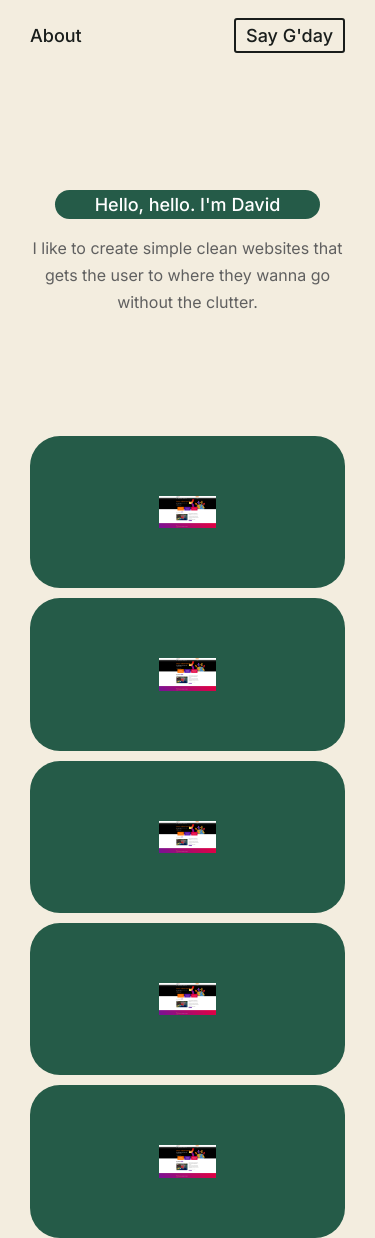
Repository: David-Waite/David-Waite-Portfolio
Page: /
An editor plug-in stored every save of this project. The page is shown before and after the next save, followed by the edit.
The browser window is 375 px wide. The pictures show the whole page.
The project was rebuilt for these pictures with package versions that can differ from the ones it lists, and the page was loaded fresh each time. The framework's server and built-in components were replaced by stand-ins that run in the browser. Also part of the build but not shown: next.config.js.

Above is the page before, as saved 2023-07-26 13:03:03.

After the next save:
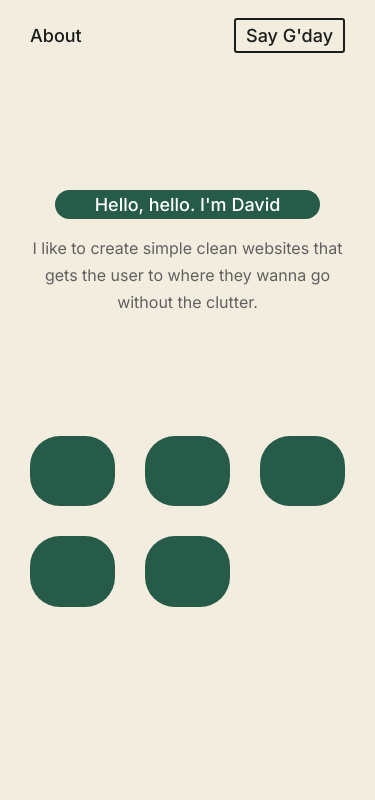
Saved 10 s later.
--- a/app/components/Nav/Home/Projects/projects.module.css
+++ b/app/components/Nav/Home/Projects/projects.module.css
@@ -84,121 +84,3 @@
   font-size: 13px;
   margin: -20px 0 20px;
 }
-.btnContainer {
-  display: flex;
-  flex-direction: column;
-  gap: 5px;
-  margin-top: 10px;
-}
-.projectInfo button {
-  cursor: pointer;
-  width: 125px;
-  padding: 2.5px 0;
-  font-weight: 300;
-  background-color: transparent;
-  border-radius: 30px;
-  color: white;
-  font-size: 14px;
-  border: 2px solid #3ab8ff;
-}
-
-.projectInfo button:hover {
-  background-color: #3ab8ff;
-}
-@media (max-width: 1200px) {
-  .project {
-    padding: 0 70px 0 15px;
-  }
-  .projectsGrid {
-    gap: 15px;
-  }
-}
-
-@media (max-width: 1000px) {
-  .project h2 {
-    font-size: 40px;
-  }
-  .projectsGrid {
-    gap: 30px;
-    grid-template-columns: 1fr 1fr;
-  }
-  .projectsCard h3 {
-    max-width: calc(50vw - 100px);
-  }
-  .projectImages {
-    max-width: 200px;
-    margin: 0 auto;
-  }
-}
-
-@media (max-width: 800px) {
-  .projectsGrid {
-    gap: 20px;
-  }
-  .projectsCard h3 {
-    margin-top: 0;
-  }
-}
-
-@media (max-width: 575px) {
-  .project {
-    padding-left: 15px;
-    padding-right: 70px;
-  }
-
-  .project h2 {
-    font-size: 30px;
-  }
-  .projectsGrid {
-    grid-template-columns: 1fr 1fr;
-    gap: 10px;
-  }
-  .projectsCard {
-    height: calc(50vw / 16 * 7);
-  }
-  .projectInfo h3 {
-    margin-top: 5px;
-    font-size: 10px;
-    max-width: calc(50vw - 65px);
-  }
-  .projectInfo button {
-    font-size: 10px;
-    padding: 2px 0;
-    width: 85px;
-  }
-}
-
-@media (max-width: 480px) {
-  .projectsGrid {
-    grid-template-columns: 1fr;
-    gap: 10px;
-  }
-  .projectsCard {
-    height: calc(100vw / 16 * 6.5);
-  }
-  .projectInfo h3 {
-    font-size: 16px;
-    margin-top: 5px;
-    max-width: calc(100vw - 120px);
-  }
-  .projectInfo button {
-    font-size: 16px;
-    width: 125px;
-    padding: 2.5px 0;
-  }
-}
-
-@media (max-width: 400px) {
-  .projectInfo h3 {
-    font-size: 14px;
-  }
-  .projectInfo button {
-    font-size: 14px;
-    padding: 2px 0;
-    width: 110px;
-  }
-  .btnContainer {
-    gap: 5px;
-    margin-top: 5px;
-  }
-}
